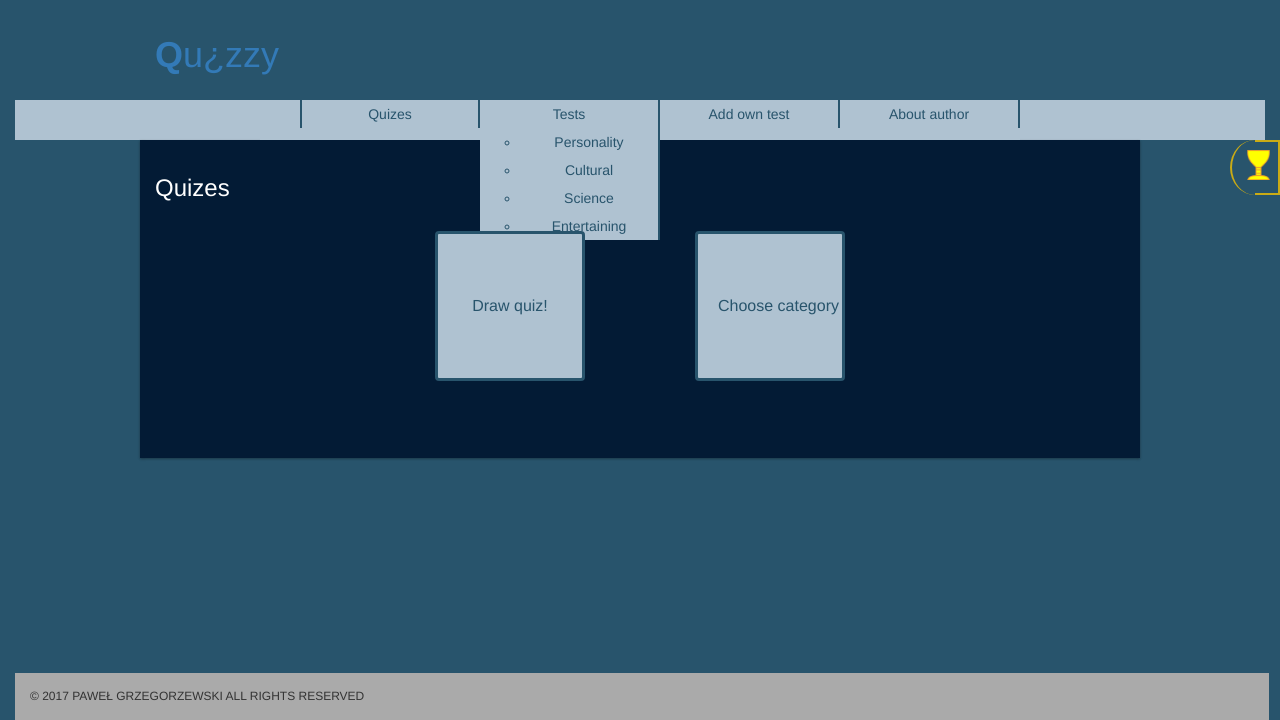
Repository: pgrzegorzewski/quiz
Page: http://localhost/app/quiz.php
These files come from the project's save history. The page is drawn as it stood at one moment and after the next save; the edit follows.
The browser window is 1280 px wide. The pictures show the whole page.
Some web libraries are served in a nearby version. The page is run by PHP 8.4 with error messages shown; the project is at /var/www/html/.

Above is the page before, as saved 2017-04-21 20:36:19.

After the next save:
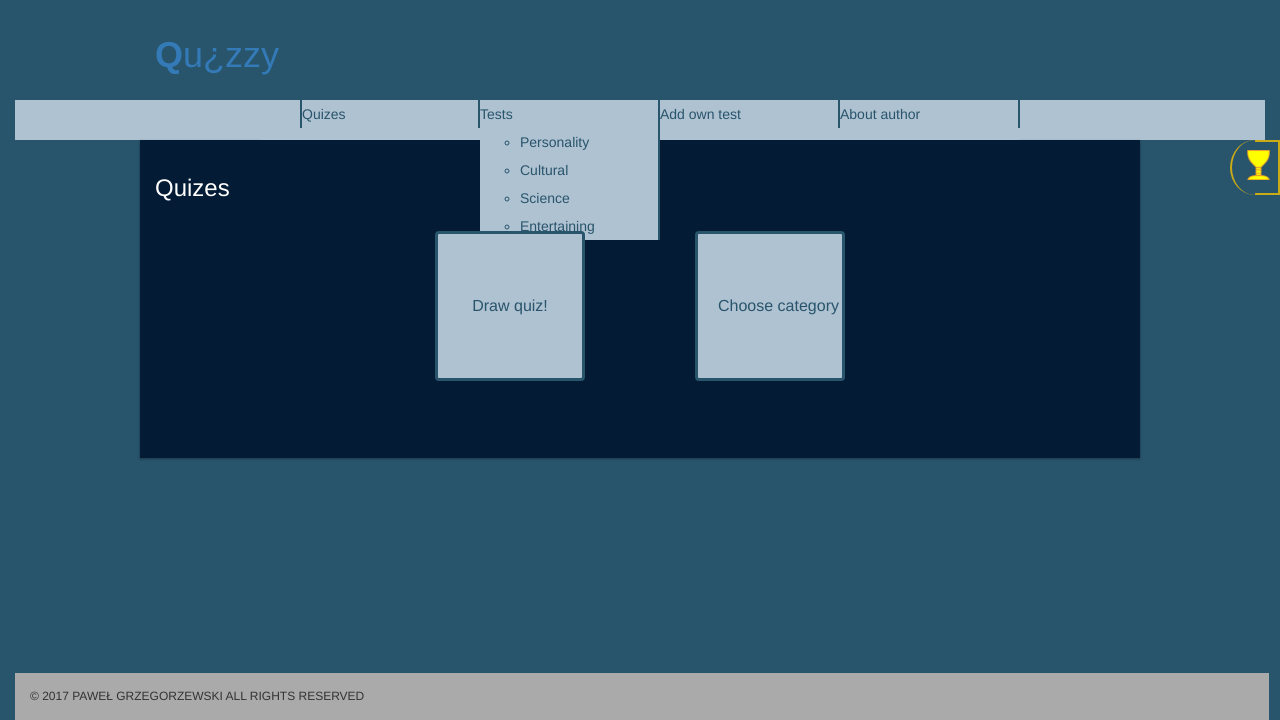
Saved 35 s later.
--- a/htdocs/app/learningapp/css/index.css
+++ b/htdocs/app/learningapp/css/index.css
@@ -137,10 +137,10 @@ ol > li
     text-align: center;
 }
 
-ol > li
+ol > li a
 {
 			display:table-cell;
-            vertical-align: middle;
+            horizontal-align: middle;
 }
 ol > li:first-child
 {
